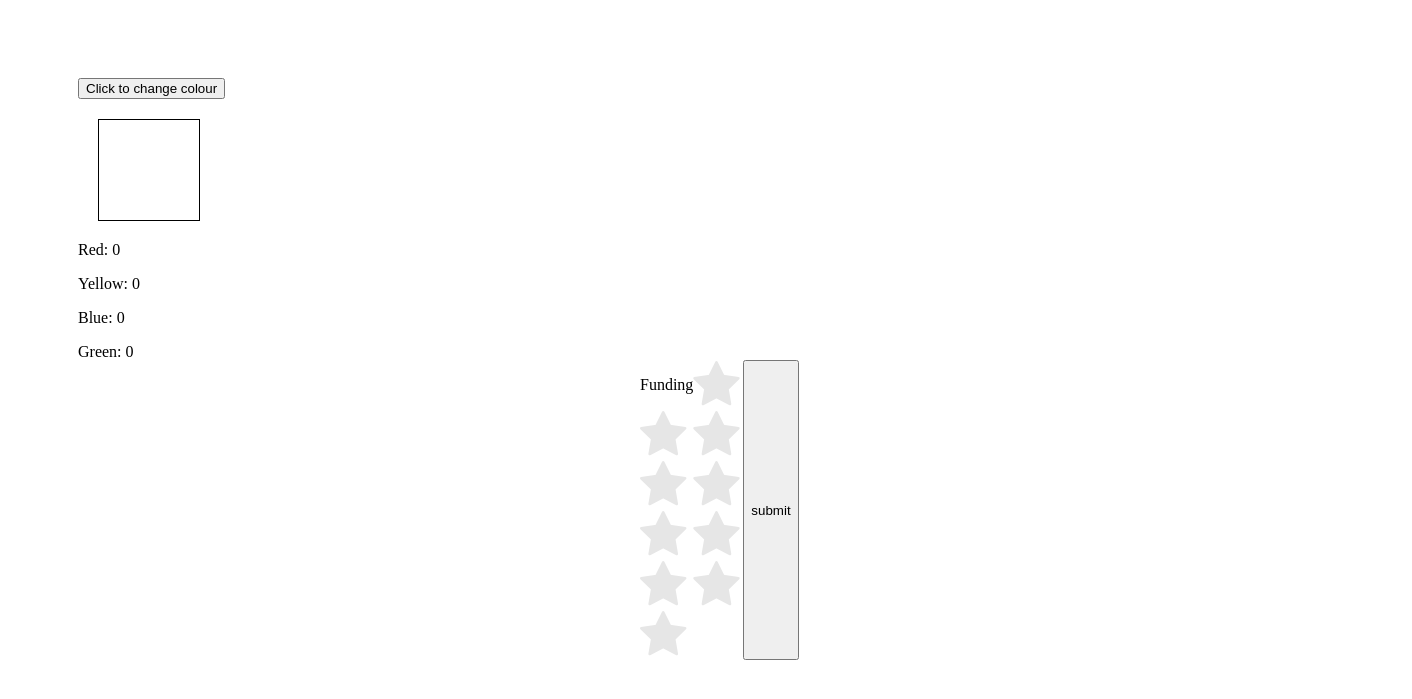
Repository: samalty/star-rating-system-js-test
Page: home.html
The author's editor kept a record of every edit. The page is drawn from the files as they stood at one moment, then again after the next edit.
The browser window is 1280 px wide. The page is 1412 px wide, so the pictures cover 1412 px, including what lies to the right of the window. The pictures show the whole page.

Above is the page before.

### home.html
<html>
    <head>
        <meta charset="utf-8">
        <title>Home</title>
        <link rel="stylesheet" href="styles.css">
        <link href="https://stackpath.bootstrapcdn.com/font-awesome/4.7.0/css/font-awesome.min.css" rel="stylesheet" integrity="sha384-wvfXpqpZZVQGK6TAh5PVlGOfQNHSoD2xbE+QkPxCAFlNEevoEH3Sl0sibVcOQVnN" crossorigin="anonymous">
        <script src="custom.js" charset="utf-8"></script>
    </head>
    <body>
        <div class="container">
            <button class="click" id="colour" onclick="colours()">Click to change colour</button>
            <div class="colourDiv" id="changeColour"></div>
            <div class="scores">
                <p>Red: <span id="redScore">0</span></p>
                <p>Yellow: <span id="yellowScore">0</span></p>
                <p>Blue: <span id="blueScore">0</span></p>
                <p>Green: <span id="greenScore">0</span></p>
            </div>
        </div>
        <div class="container">
            <form name="stars" class="starsForm" onsubmit="return overallRating()">
                <div class="starContainer1">
                    <p>Funding</p>
                    <input type="radio" name="star" class="star" id="star5" value="5"><label for="star5">
                    </label>
                    <input type="radio" name="star" class="star" id="star4" value="4"><label for="star4">
                    </label>
                    <input type="radio" name="star" class="star" id="star3" value="3"><label for="star3">
                    </label>
                    <input type="radio" name="star" class="star" id="star2" value="2"><label for="star2">
                    </label>
                    <input type="radio" name="star" class="star" id="star1" value="1"><label for="star1">
                    </label>
                </div>
                <br>
                <div class="starContainer2">
                    <input type="radio" name="star" class="star" id="star5" value="5"><label for="star5">
                    </label>
                    <input type="radio" name="star" class="star" id="star4" value="4"><label for="star4">
                    </label>
                    <input type="radio" name="star" class="star" id="star3" value="3"><label for="star3">
                    </label>
                    <input type="radio" name="star" class="star" id="star2" value="2"><label for="star2">
                    </label>
                    <input type="radio" name="star" class="star" id="star1" value="1"><label for="star1">
                    </label>
                </div>
                <input type="submit" class="submit" value="submit">
            </form>
        </div>
    </body>
</html>

### styles.css
/* Random colour generator */

.container{
    width: 100%;
    padding: 70px;
}
.red{
    background-color: red;
}
.yellow{
    background-color: yellow;
}
.blue{
    background-color: blue;
}
.green{
    background-color: green;
}
.colourDiv{
    height: 100px;
    width: 100px;
    border: solid 1px black;
    margin: 20px;
}

/* Star1 */

.starsForm{
    position: absolute;
    top: 50%;
    left: 50%;
    display: flex;
}
.fundingStarContainer{
    display: flex;
    margin: 0;
    transform: translate(-50%, -50%) rotateY(180deg);
    border: 1px solid black;
}
.star{
    display: none;
}

.starsForm label{
    display: block;
    cursor: pointer;
    width: 50px;
}
.starsForm label:before{
    content: '\f005';
    font-family: fontAwesome;
    position: relative;
    display: block;
    font-size: 50px;
    color: #e6e6e6;
}
.starsForm label:after{
    content: '\f005';
    font-family: fontAwesome;
    position: absolute;
    display: block;
    font-size: 50px;
    color: #ffd11a;
    top: 0;
    opacity: 0;
    transition: .5s;
    text-shadow: 0 2px 5px rgba(0,0,0,.5);
}
.starsForm label:hover:after,
.starsForm label:hover ~ label:after,
.starsForm input:checked ~ label:after{
    opacity: 1;
}

/* Star2 */

.con{
    height: 60px;
    width: 330px;
    position: absolute;
    margin: auto;
    left: 0;
    right: 0;
    top: 0;
    bottom: 0;
}

.fa-star{
    font-size: 200px;
    color: #e6e6e6;
    cursor: pointer;
}

### custom.js
var redCount = 0;
var yellowCount = 0;
var blueCount = 0;
var greenCount = 0;

const redScoreCount = document.getElementById('redScore');
const yellowScoreCount = document.getElementById('yellowScore');
const blueScoreCount = document.getElementById('blueScore');
const greenScoreCount = document.getElementById('greenScore');

const colour_button = document.getElementById('colour');

function colours(red, yellow, blue, green){

    var background = document.getElementById('changeColour');
    var number = Math.floor(Math.random() * 4);
    console.log(number);

    if (number == 0) {
        redCount++;
        document.getElementById("redScore").innerHTML = redCount;
        background.classList.remove('yellow', 'blue', 'green');
        background.classList.add('red');
    }
    if (number == 1) {
        yellowCount++;
        document.getElementById("yellowScore").innerHTML = yellowCount;
        background.classList.remove('red', 'blue', 'green');
        background.classList.add('yellow');
    }
    if (number == 2) {
        blueCount++;
        document.getElementById("blueScore").innerHTML = blueCount;
        background.classList.remove('red', 'yellow', 'green');
        background.classList.add('blue');
    }
    if (number == 3) {
        greenCount++;
        document.getElementById("greenScore").innerHTML = greenCount;
        background.classList.remove('red', 'yellow', 'blue');
        background.classList.add('green');
    }

}

function overallRating(){
    var x = document.forms["stars"]["fundingStar"].value;
    var y = document.forms["stars"]["mentoringStar"].value;
    var z = document.forms["stars"]["otherStar"].value;
    var o = ((x + y + z) / 3);
    console.log("You have given X a rating of " + x + " for funding.");
    console.log("You have given X a rating of " + y + " for mentoring.");
    console.log("You have given X a rating of " + z + " for other.");
}

After the next edit:
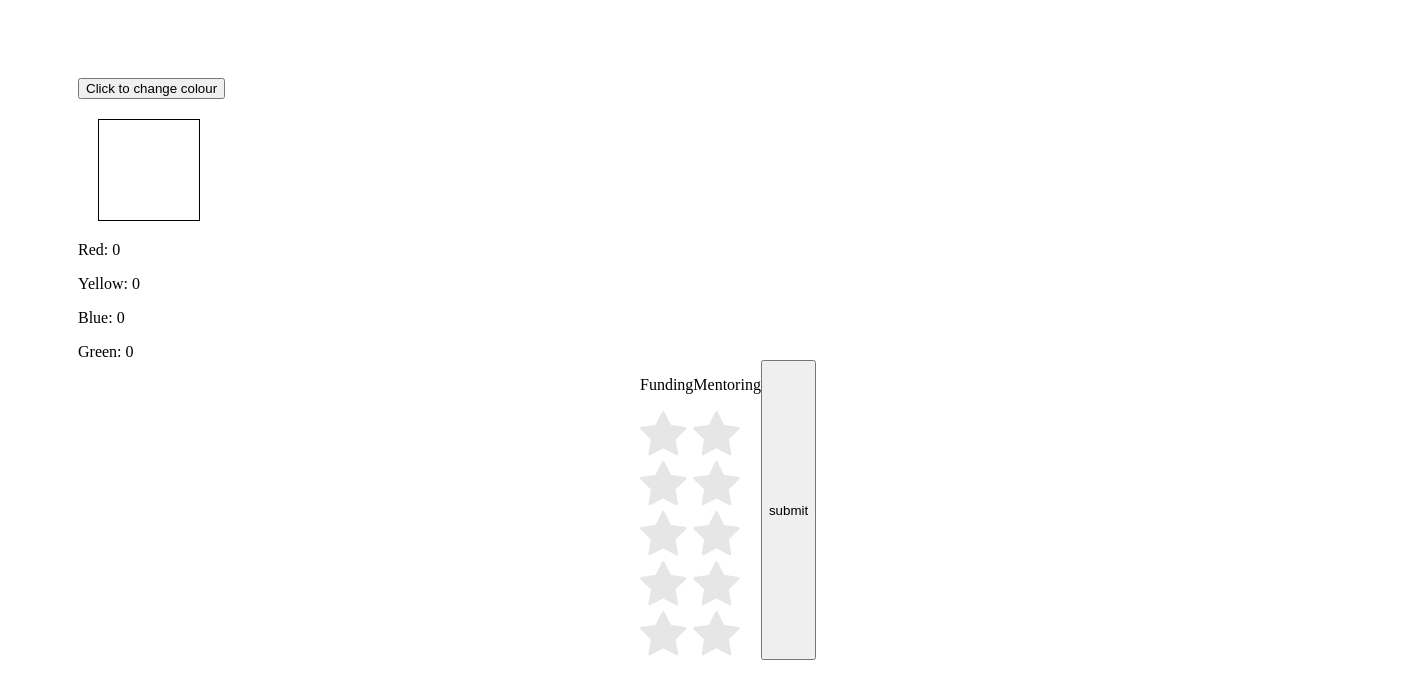
The edit:
--- a/home.html
+++ b/home.html
@@ -34,6 +34,7 @@
                 </div>
                 <br>
                 <div class="starContainer2">
+                    <p>Mentoring</p>
                     <input type="radio" name="star" class="star" id="star5" value="5"><label for="star5">
                     </label>
                     <input type="radio" name="star" class="star" id="star4" value="4"><label for="star4">
